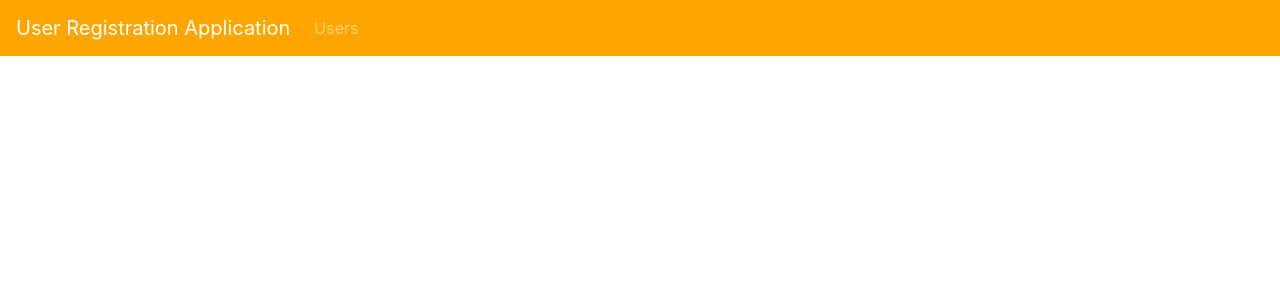
Repository: Malli120391/UserRegistrationSystemCrud
Page: http://localhost/UserRegistrationSystem/userform.jsp
The author's editor kept a copy of each file at every save. The page is drawn from the files as they stood at one save, then again after the next save.
The browser window is 1280 px wide. The pictures show the whole page.
The page is served by Tomcat 9. Other server files are loaded and not shown.

Above is the page before, as saved 2020-12-27 02:50:47.

### UserRegistrationSystem/WebContent/userform.jsp
<%@ page language="java" contentType="text/html; charset=ISO-8859-1"
    pageEncoding="ISO-8859-1"%>
    <%@ taglib uri="http://java.sun.com/jsp/jstl/core" prefix="c" %>
<!DOCTYPE html>
<html>
<head>
<meta charset="ISO-8859-1">
<title>User Registration Application</title>
  <link rel="stylesheet"
      href="https://stackpath.bootstrapcdn.com/bootstrap/4.3.1/css/bootstrap.min.css"
      integrity="sha384-ggOyR0iXCbMQv3Xipma34MD+dH/1fQ784/j6cY/iJTQUOhcWr7x9JvoRxT2MZw1T"
       crossorigin="anonymous">
</head>
<body>

     <header>

         <nav class="navbar navbar-expand-md navbar-dark" style="background-color: orange">

         <div>
         <a href="http://www.xadmin.net" class="navbar-brand">User
         Registration Application</a>
         </div>

          <ul class="navbar-nav">
          <li><a href="<%=request.getContextPath()%>/list" class="nav-link">Users</a></li>
          </ul>

         </nav>

    </header>
    <br>

        <div class="container col-md-5">

        </div>

</body>
</html>

After the next save:
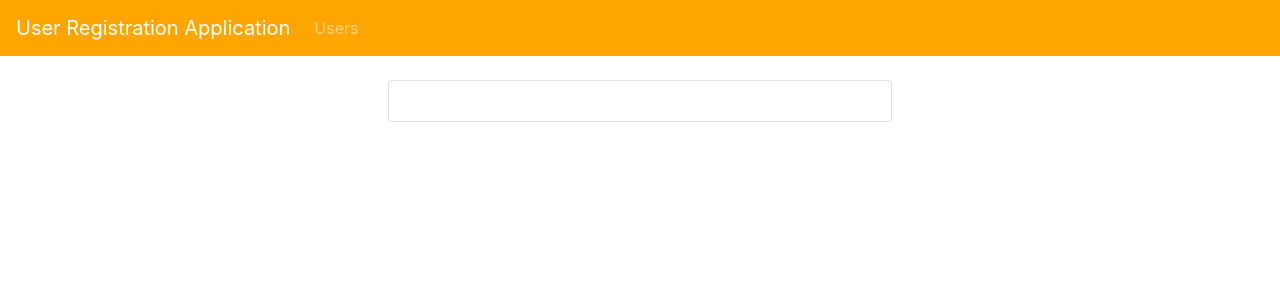
Saved 2 min 21 s later.
--- a/UserRegistrationSystem/WebContent/userform.jsp
+++ b/UserRegistrationSystem/WebContent/userform.jsp
@@ -32,7 +32,11 @@
     <br>
 
         <div class="container col-md-5">
+           <div class="card">
+            <div class="card-body">
 
+            </div>
+           </div>
         </div>
 
 </body>
